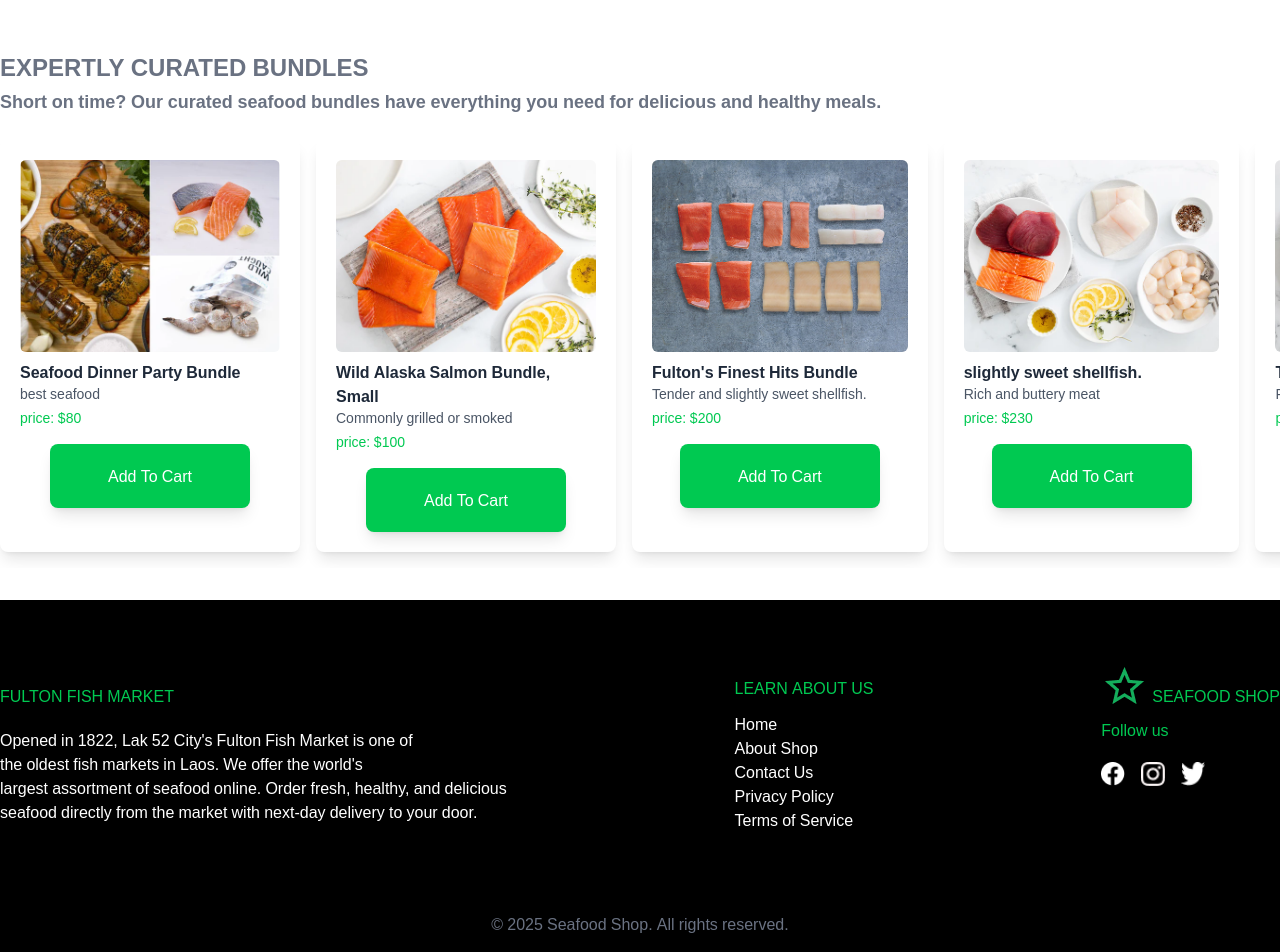
Repository: KongRucifer/SeaFood-Shop
Page: /modules/home/views
The author's editor kept a copy of each file at every save. The page is drawn from the files as they stood at one save, then again after the next save.
The browser window is 1280 px wide. The pictures show the part of the page from y = 2372 to 3324 px (the page is 3324 px tall before and 3316 px after).
The project was rebuilt for these pictures with package versions that can differ from the ones it lists, and the page was loaded fresh each time. The framework's server and built-in components were replaced by stand-ins that run in the browser. Also part of the build but not shown: next.config.ts.

Above is the page before, as saved 2025-06-25 20:39:55.

### src/app/layout.tsx
import type { Metadata } from "next";
import { Geist, Geist_Mono } from "next/font/google";
import "./globals.css";
import Navbar from "@/app/components/Navbar";
import Footer from "@/app/components/Footer";
import { Noto_Sans_Lao } from 'next/font/google';
 const geistSans = Geist({
  variable: "--font-geist-sans",
  subsets: ["latin"],
});

const geistMono = Geist_Mono({
  variable: "--font-geist-mono",
  subsets: ["latin"],
});
const notoSansLao = Noto_Sans_Lao({
  subsets: ['lao'],
  weight: ['400', '700'],
  variable: '--font-noto-sans-lao',
  display: 'swap',
});
export const metadata: Metadata = {
  title: "ຮ້ານຂາຍອາຫານທະເລ - ໜ້າທຳອິດ | Seafood Shop",
  description:
    "ຮ້ານຂາຍອາຫານທະເລອອນໄລ ໜ້າທຳອິດ ລວມອາຫານທະເລຫຼາກຫຼາຍ ເຊັ່ນ ປາ, ປູ, ກຸ້ງ ແລະ ອາຫານທະເລອື່ນໆ ສາມາດສັ່ງຊື້ໃນເວັບໄຊໄດ້ ມີບໍລິການສົ່ງໄປເຖີງທີ່ ສາມາດເຮັດ ການໂອນເງິນ ທີ່ເວັບໄຊທ໌ຂອງພວກເຮົາ",
  keywords:
    "ອາຫານທະເລ ອອນໄລ, ຮ້ານຂາຍອາຫານທະເລ, ສັ່ງອາຫານທະເລ, ອາຫານທະເລສົ່ງໄວທັນໃຈ",
  authors: [{ name: "kong mong thao" }],
  publisher: "Super Shop SeaFood",
  robots: {
    index: true,
    follow: true,
  },
  openGraph: {
    title: "ຮ້ານຂາຍອາຫານທະເລ - ໜ້າທຳອິດ | Seafood Shop",
    description:
      "ສັ່ງຊື້ອາຫານທະເລ ລາຄາຖືກ ສົ່ງໄວ ທັນໃຈ ສາມາດໂອນເງີນ ປາຍທາງໄດ້",
    url: "http://localhost:3000/images/fish.jpeg",
    siteName: "Seafood Shop",
    locale: "th_TH",
    type: "website",
    images: [
      {
        url: "http://localhost:3000/images/myshopSeafood.jpeg",
        width: 1200,
        height: 630,
        alt: "Food Shop Image",
      },
    ],
  },
  twitter: {
    card: "summary_large_image",
    title: "ຮ້ານຂາຍອາຫານທະເລ - ໜ້າທຳອິດ | Seafood Shop",
    description:
      "ສັ່ງຊື້ອາຫານທະເລ ລາຄາຖືກ ສົ່ງໄວ ທັນໃຈ ມີບໍລິການໂອນເງີນ ປາຍທາງ",
    images: ["http://localhost:3000/images/seafood2.jpeg"],
  },
  alternates: {
    canonical: "https://yourdomain.com/",
  },

}
export const viewport = {
  width: 'device-width',
  initialScale: 1,
};
export default function RootLayout({
  children,
}: Readonly<{
  children: React.ReactNode;
}>) {
  return (
    <html lang="lo" className={notoSansLao.variable}>
      <body
        className={`${geistSans.variable} ${geistMono.variable} antialiased`}
      >
        <Navbar />
        {children}
        <Footer />
      </body>
    </html>
  );
}

### src/app/modules/home/views/page.tsx
import Banner from "@/app/modules/home/components/Banner.component";
import Best_Sellers from "@/app/modules/home/components/Best_Sellers.component";
import Popular_Shellfish from "@/app/modules/home/components/Popular_Shellfish.component";
import Fulton_Finsider from "@/app/modules/home/components/Fulton_Finsider.component";
import Healthy_Meals from "@/app/modules/home/components/Healthy_Meals.component";
export default function Home() {
  return (
    <div className="flex flex-col items-center justify-center ">
      <Banner />
      <Best_Sellers />
      <Popular_Shellfish />
      <Fulton_Finsider />
      <Healthy_Meals />
    </div>
  );
}

### src/app/globals.css
 @import "tailwindcss";
 body {
  font-family: var(--font-noto-sans-lao), sans-serif;
}
@keyframes upDown {
  0% {
    transform: translateY(0);
  }
  50% {
    transform: translateY(-10px);
  }
  100% {
    transform: translateY(0);
  }
}

.hover-updown:hover {
  animation: upDown 1s ease-in-out infinite;
}

### src/app/components/Navbar.tsx
import Link from "next/link";

export default async function Navbar() {
  return (
    <nav className="bg-white border-gray-200 dark:bg-gray-900 shadow-md fixed top-0 left-0 z-50 w-full">
      <div className="container mx-auto">
        <div className=" flex flex-wrap items-center justify-between  p-4">
          <div className="flex items-center">
            <img
              src="/images/lets-icons_shop.png"
              className="h-8 mr-3"
              alt="Seafood Shop Logo"
            />
            <span className="self-center text-2xl font-semibold whitespace-nowrap dark:text-white">
              Seafood Shop
            </span>
          </div>
          <div className="flex justify-center items-center md:order-2 gap-10">
            <Link
              href="/"
              className="-pb-1 border-b-2 border-transparent hover:border-green-500 transition"
            >
              Home
            </Link>
            <Link
              href="/"
              className="-pb-1 border-b-2 border-transparent hover:border-green-500 transition"
            >
              About Shop
            </Link>
            <Link
              href="/"
              className="-pb-1 border-b-2 border-transparent hover:border-green-500 transition"
            >
              Contact Us
            </Link>
            <Link
              href="/"
              className="border border-green-500 text-green-500 px-4 py-2 rounded hover:bg-green-50 transition"
            >
              Sign Up
            </Link>
            <Link
              href="/"
              className="border border-green-500 text-green-500 px-4 py-2 rounded hover:bg-green-50 transition"
            >
              Sign In
            </Link>
          </div>
        </div>
      </div>
    </nav>
  );
}

### src/app/components/Footer.tsx
export default async function Footer() {
  return (
    <footer className="bg-black dark:bg-gray-900">
      <div className="max-w-screen-xl mx-auto container pt-4 pb-4 sm:items-center">
        <div>
          <div className="flex flex-col  md:flex-row justify-between  items-start md:items-center space-y-4 md:space-y-0 md:space-x-8 text-white mb-20 mt-15">
            <div>
              <h3 className="mb-5 text-green-500">FULTON FISH MARKET</h3>
              <div>
                <p className="text-md">
                  Opened in 1822, Lak 52 City's Fulton Fish Market is one of{" "}
                </p>
                <p className="text-md">
                  the oldest fish markets in Laos. We offer the world&apos;s
                </p>
                <p className="text-md">
                  largest assortment of seafood online. Order fresh, healthy,
                  and delicious
                </p>
                <p className="text-md">
                  {" "}
                  seafood directly from the market with next-day delivery to
                  your door.
                </p>
              </div>
            </div>
            <div>
              <h3 className="mb-3 text-green-500 ">LEARN ABOUT US</h3>
              <div>
                <ul>
                  <li className="cursor-pointer hover:text-gray-300 transition">
                    Home
                  </li>
                  <li className="cursor-pointer hover:text-gray-300 transition">
                    About Shop
                  </li>
                  <li className="cursor-pointer hover:text-gray-300 transition">
                    Contact Us
                  </li>
                  <li className="cursor-pointer hover:text-gray-300 transition">
                    Privacy Policy
                  </li>
                  <li className="cursor-pointer hover:text-gray-300 transition">
                    Terms of Service
                  </li>
                </ul>
              </div>
            </div>
            <div className="xl:-mt-10 lg:-mt-10 sm:mt-10 md:-mt-13    ">
              <div className="mb-2 text-green-500 flex items-center gap-1">
                <img
                  src="/images/star.png"
                  alt="no image star"
                  className="-mt-5"
                />
                <h3>SEAFOOD SHOP</h3>
              </div>
              <div>
                <h3 className="mb-5 text-green-500 items-center">Follow us</h3>
                <ul className="flex space-x-4 content-center">
                  <li>
                    <a
                      href="https://www.facebook.com"
                      target="_blank"
                      rel="noopener noreferrer"
                    >
                      <img
                        src="/images/facebook.png"
                        alt="Facebook"
                        className="w-6 h-6"
                      />
                    </a>
                  </li>
                  <li>
                    <a
                      href="https://www.instagram.com"
                      target="_blank"
                      rel="noopener noreferrer"
                    >
                      <img
                        src="/images/instagram.png"
                        alt="Instagram"
                        className="w-6 h-6"
                      />
                    </a>
                  </li>
                  <li>
                    <a
                      href="https://www.twitter.com"
                      target="_blank"
                      rel="noopener noreferrer"
                    >
                      <img
                        src="/images/twitter.png"
                        alt="Twitter"
                        className="w-6 h-6"
                      />
                    </a>
                  </li>
                </ul>
              </div>
            </div>
          </div>
          <div className="text-center text-gray-500 dark:text-gray-400">
            © {new Date().getFullYear()} Seafood Shop. All rights reserved.
          </div>
        </div>
      </div>
    </footer>
  );
}

### src/app/modules/home/components/Banner.component.tsx
import Image from "next/image";
export default async function Banner() {
  return (
    <div className="relative w-full h-130 r overflow-hidden mb-10">
      <img
        src="/images/food.jpg"
        alt="no image seafood"
        className="absolute inset-0 w-full h-full object-cover opacity-60"
      />
      <h1 className="relative z-10 flex items-center justify-center h-full text-4xl font-bold text-gray-700">
        Welcome to Seafood Shop
      </h1>
    </div>
  );
}

### src/app/modules/home/components/Fulton_Finsider.component.tsx
import Image from "next/image";
export default async function Fulton_Finsider() {
  return (
    <div className="relative w-full h-[40rem] overflow-hidden mb-10">
      <div>
        <img
          src="/images/celender2.png"
          alt="Seafood background"
          className="absolute  w-full h-full object-cover"
        />
      </div>

      <div className="relative z-10 flex flex-col md:flex-row items-center justify-start h-full text-center px-4 md:px-10 text-gray-800 bg-black/30 ">
        <div className="max-w-sm  rounded-xl p-6 m-4 shadow-lg">
          <div className="w-20 h-20 bg-white rounded-full flex items-center justify-center mx-auto mb-4 shadow ">
            <img
              src="/images/puss.png"
              alt="Seafood Icon"
              className="w-12 h-12 hover-updown"
            />
          </div>
          <h2 className="text-xl font-semibold mb-2">Dive In & Explore</h2>
          <p className="text-sm mb-2 text-gray-300">
            Craving buttery scallops, sushi-grade tuna, or wild-caught salmon?
            We’ve got the best, chef-quality seafood ready for your table!
          </p>
          <p className="text-sm mb-4 font-medium text-white">
            Pro Tip: Not sure what to try first?
          </p>
          <button className="px-4 py-2 bg-white border border-gray-300 text-gray-600 rounded hover:bg-gray-100 transition">
            OUR BEST SELLERS
          </button>
        </div>

        <div className="max-w-sm  rounded-xl p-6 m-4 shadow-lg">
          <div className="w-20 h-20 bg-white rounded-full flex items-center justify-center mx-auto mb-4 shadow ">
            <img
              src="/images/pass.png"
              alt="Seafood Icon"
              className="w-12 h-12 hover-updown"
            />
          </div>
          <h2 className="text-xl font-semibold mb-2">Make Your Catch</h2>
          <p className="text-sm mb-2 text-gray-300">
            Love fresh seafood? Set it and forget it! Subscribe for savings, VIP
            perks, and exclusive gifts—no effort required!
          </p>
          <p className="text-sm mb-4 font-medium text-white">
            Save 15% or more on every order!
          </p>
          <button className="px-4 py-2 bg-white border border-gray-300 text-gray-600 rounded hover:bg-gray-100 transition">
            SUBSCRIBE & SAVE
          </button>
        </div>

        <div className="max-w-sm  rounded-xl p-6 m-4 shadow-lg">
          <div className="w-20 h-20 bg-white rounded-full flex items-center justify-center mx-auto mb-4 shadow ">
            <img
              src="/images/puss.png"
              alt="Seafood Icon"
              className="w-12 h-12 hover-updown"
            />
          </div>
          <h2 className="text-xl font-semibold mb-2">Reel It In</h2>
          <p className="text-sm mb-2 text-gray-300">
            Our seafood ships fast, freshly-frozen, and packed with care in
            eco-friendly materials. No more guessing how long that store-bought
            fish has been hanging around!
          </p>
          <p className="text-sm mb-4 font-medium text-white">
            Worried about cooking? Don’t be!
          </p>
          <button className="px-4 py-2 bg-white border border-gray-300 text-gray-600 rounded hover:bg-gray-100 transition">
            TIPS & RECIPES
          </button>
        </div>
      </div>
    </div>
  );
}

### src/app/modules/home/components/Healthy_Meals.component.tsx
import Image from "next/image";
export default async function Healthy_Meals() {
  return (
    <div className="container mx-auto py-8">
      <div>
        <h1 className="text-2xl font-bold mb-1 text-gray-500 ">
          EXPERTLY CURATED BUNDLES
        </h1>
        <h2 className="text-lg font-bold mb-6 text-gray-500 ">
          Short on time? Our curated seafood bundles have everything you need
          for delicious and healthy meals.
        </h2>
      </div>
      <div className="flex overflow-x-auto space-x-4 pb-4">
        {/* Card 1 */}
        <div className="w-75 flex-shrink-0 bg-white rounded-lg shadow-lg p-5 transform transition duration-300 hover:scale-105">
          <div>
            <img
              src="/images/shak.webp"
              alt="Seafood Dish 1"
              className="w-full h-48 object-cover rounded-md transition-transform duration-500 ease-in-out group-hover:scale-105"
            />
          </div>
          <div className="mt-2">
            <h4 className="font-semibold text-gray-800">
              Seafood Dinner Party Bundle
            </h4>
            <p className="text-sm text-gray-600">best seafood</p>
            <p className="text-sm text-green-500 mt-1">price: $80</p>
          </div>
          <div className="flex justify-center mt-4">
            <button className="min-w-[200px] flex-shrink-0  rounded-lg shadow-lg p-5 cursor-pointer bg-green-500 hover:bg-green-700 text-white transform transition duration-300 hover:scale-105">
              Add To Cart
            </button>
          </div>
        </div>

        {/* Card 2 */}
        <div className="w-75 flex-shrink-0 bg-white rounded-lg shadow-lg p-5 transform transition duration-300 hover:scale-105">
          <div>
            <img
              src="/images/xaspus.webp"
              alt="Seafood Dish 2"
              className="w-full h-48 object-cover rounded-md"
            />
          </div>
          <div className="mt-2">
            <h4 className="font-semibold text-gray-800">
              Wild Alaska Salmon Bundle, Small
            </h4>
            <p className="text-sm text-gray-600">Commonly grilled or smoked</p>
            <p className="text-sm text-green-500 mt-1">price: $100</p>
          </div>
          <div className="flex justify-center mt-4">
            <button className="min-w-[200px] flex-shrink-0  rounded-lg shadow-lg p-5 cursor-pointer bg-green-500 hover:bg-green-700 text-white transform transition duration-300 hover:scale-105">
              Add To Cart
            </button>
          </div>
        </div>

        {/* Card 3 */}
        <div className="min-w-[200px] flex-shrink-0 bg-white rounded-lg shadow-lg p-5 transform transition duration-300 hover:scale-105">
          <div>
            <img
              src="/images/xibxus.jpg"
              alt="Seafood Dish 3"
              className="w-full h-48 object-cover rounded-md"
            />
          </div>
          <div className="mt-2">
            <h4 className="font-semibold text-gray-800">
              Fulton's Finest Hits Bundle
            </h4>
            <p className="text-sm text-gray-600">
              Tender and slightly sweet shellfish.
            </p>
            <p className="text-sm text-green-500 mt-1">price: $200</p>
          </div>
          <div className="flex justify-center mt-4">
            <button className="min-w-[200px] flex-shrink-0  rounded-lg shadow-lg p-5 cursor-pointer bg-green-500 hover:bg-green-700 text-white transform transition duration-300 hover:scale-105">
              Add To Cart
            </button>
          </div>
        </div>
        {/* Card 4 */}

        <div className="min-w-[200px] flex-shrink-0 bg-white rounded-lg shadow-lg p-5 transform transition duration-300 hover:scale-105">
          <div>
            <img
              src="/images/xusxib.webp"
              alt="Seafood Dish 3"
              className="w-full h-48 object-cover rounded-md"
            />
          </div>
          <div className="mt-2">
            <h4 className="font-semibold text-gray-800">
              slightly sweet shellfish.
            </h4>
            <p className="text-sm text-gray-600">Rich and buttery meat</p>
            <p className="text-sm text-green-500 mt-1">price: $230</p>
          </div>
          <div className="flex justify-center mt-4">
            <button className="min-w-[200px] flex-shrink-0  rounded-lg shadow-lg p-5 cursor-pointer bg-green-500 hover:bg-green-700 text-white transform transition duration-300 hover:scale-105">
              Add To Cart
            </button>
          </div>
        </div>
        {/* Card 5 */}

        <div className="min-w-[200px] flex-shrink-0 bg-white rounded-lg shadow-lg p-5 transform transition duration-300 hover:scale-105">
          <div>
            <img
              src="/images/content3food.webp"
              alt="Seafood Dish 3"
              className="w-full h-48 object-cover rounded-md"
            />
          </div>
          <div className="mt-2">
            <h4 className="font-semibold text-gray-800">Tuna</h4>
            <p className="text-sm text-gray-600">
              Firm, meaty fish. Can be eaten raw
            </p>
            <p className="text-sm text-green-500 mt-1">price: $50</p>
          </div>
          <div className="flex justify-center mt-4">
            <button className="min-w-[200px] flex-shrink-0  rounded-lg shadow-lg p-5 cursor-pointer bg-green-500 hover:bg-green-700 text-white transform transition duration-300 hover:scale-105">
              Add To Cart
            </button>
          </div>
        </div>
      </div>
    </div>
  );
}

Loaded but not shown: src/app/modules/home/components/Best_Sellers.component.tsx (137 lines, source omitted); src/app/modules/home/components/Popular_Shellfish.component.tsx (130 lines, source omitted)

After the next save:
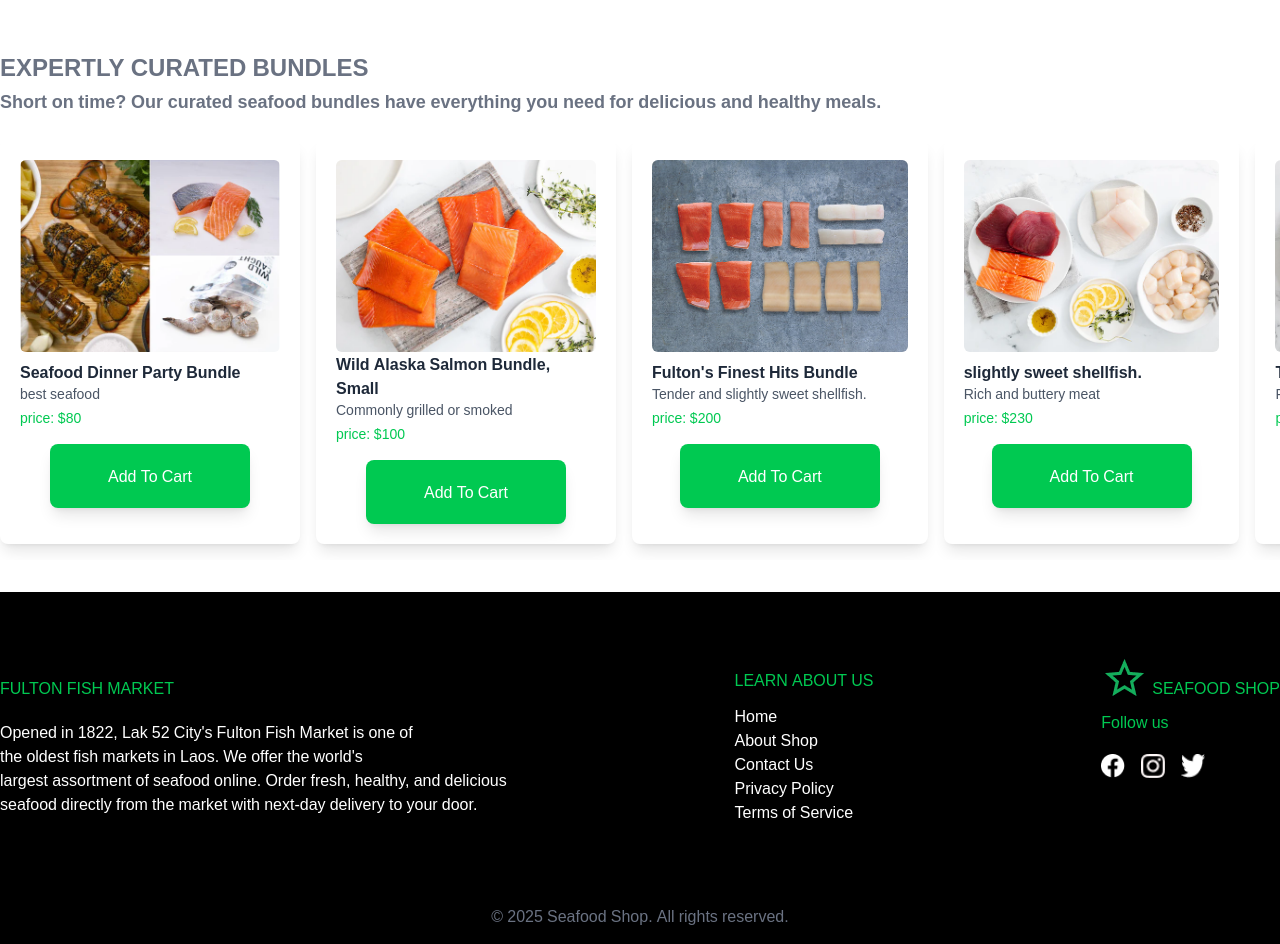
Saved 5 s later.
--- a/src/app/modules/home/components/Healthy_Meals.component.tsx
+++ b/src/app/modules/home/components/Healthy_Meals.component.tsx
@@ -44,7 +44,7 @@ export default async function Healthy_Meals() {
               className="w-full h-48 object-cover rounded-md"
             />
           </div>
-          <div className="mt-2">
+          <div className="w-">
             <h4 className="font-semibold text-gray-800">
               Wild Alaska Salmon Bundle, Small
             </h4>
